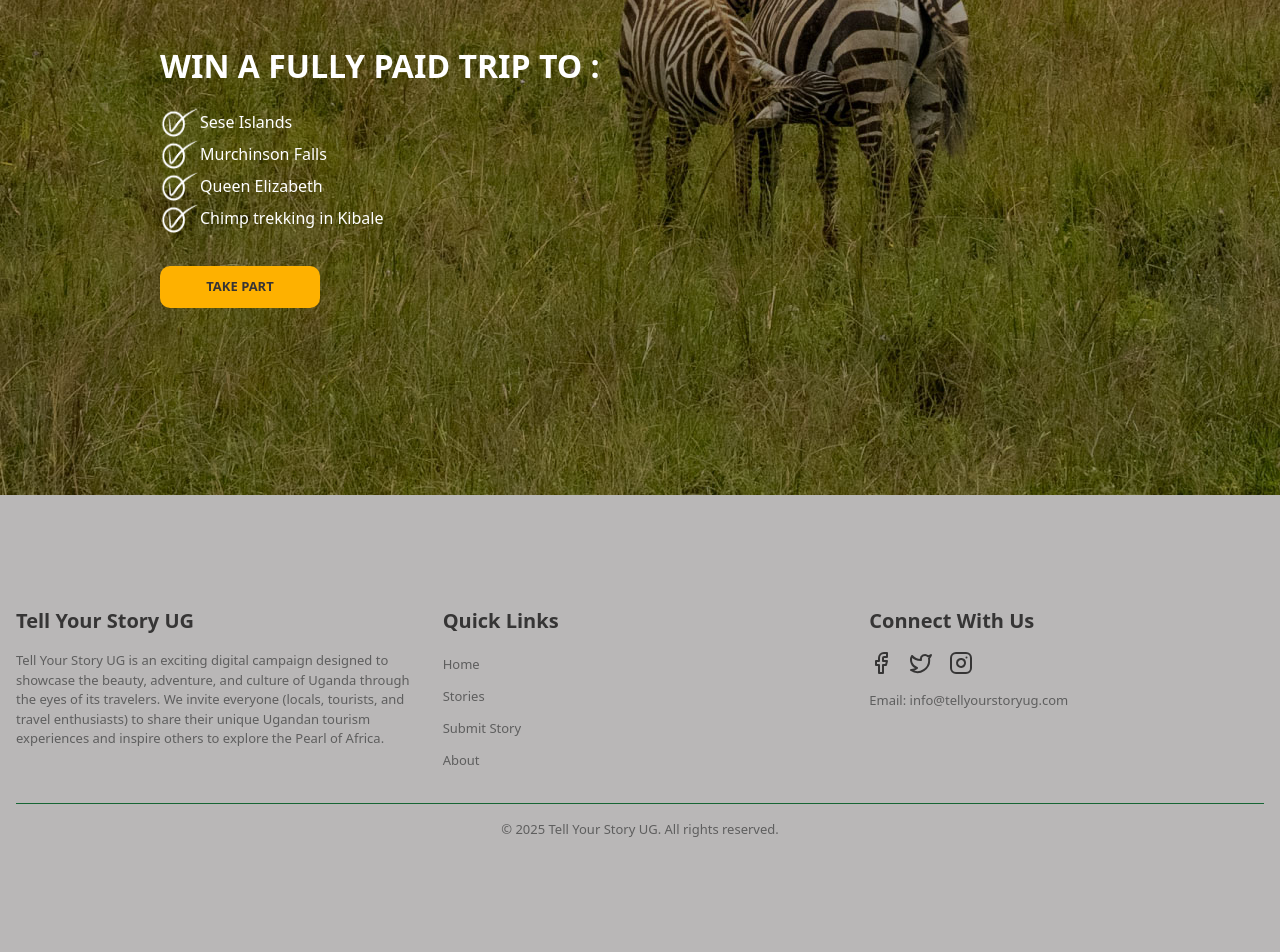
Repository: kaizoku010/take.part
Page: /
These files come from the project's save history. The page is drawn as it stood at one moment and after a run of saves; the edit follows.
The browser window is 1280 px wide. The pictures show the part of the page from y = 2796 to 3748 px (the page is 3748 px tall before and 3716 px after).
Backgrounds fixed to the window are drawn as part of the page. The project was rebuilt for these pictures with package versions that can differ from the ones it lists, and the page was loaded fresh each time. Also part of the build but not shown: vite.config.ts, src/components/ui/tooltip.tsx, src/pages/About.tsx, src/components/ui/input.tsx, src/pages/Stories.tsx, src/pages/StoryDetail.tsx, src/components/ui/use-toast.ts, src/components/ui/label.tsx and 4 more.

Above is the page before, as saved 2025-04-14 15:53:31.

### index.html

<!DOCTYPE html>
<html lang="en">
  <head>
    <meta charset="UTF-8" />
    <meta name="viewport" content="width=device-width, initial-scale=1.0" />
    <title>TAKE PART</title>
    <meta name="description" content="Share your Ugandan tourism experiences and inspire others to explore the Pearl of Africa" />
    <meta name="author" content="muneza dixon" />

    <meta property="og:title" content="Tell Your Story UG - Explore Uganda" />
    <meta property="og:description" content="Share your Ugandan tourism experiences and inspire others to explore the Pearl of Africa" />

    <!-- Meta Pixel Code -->
    <script>
    !function(f,b,e,v,n,t,s)
    {if(f.fbq)return;n=f.fbq=function(){n.callMethod?
    n.callMethod.apply(n,arguments):n.queue.push(arguments)};
    if(!f._fbq)f._fbq=n;n.push=n;n.loaded=!0;n.version='2.0';
    n.queue=[];t=b.createElement(e);t.async=!0;
    t.src=v;s=b.getElementsByTagName(e)[0];
    s.parentNode.insertBefore(t,s)}(window, document,'script',
    'https://connect.facebook.net/en_US/fbevents.js');
    fbq('init', '1846327909352916');
    fbq('track', 'PageView');
    </script>
    <!-- End Meta Pixel Code -->
  </head>

  <body>
    <div id="root"></div>
    <!-- Facebook Pixel noscript -->
    <noscript><img height="1" width="1" style="display:none"
    src="https://www.facebook.com/tr?id=1846327909352916&ev=PageView&noscript=1"
    /></noscript>
    <!-- IMPORTANT: DO NOT REMOVE THIS SCRIPT TAG OR THIS VERY COMMENT! -->
    <script src="https://cdn.gpteng.co/gptengineer.js" type="module"></script>
    <script type="module" src="/src/main.tsx"></script>
  </body>
</html>

### src/App.tsx

import { Toaster } from "@/components/ui/toaster";
import { Toaster as Sonner } from "@/components/ui/sonner";
import { TooltipProvider } from "@/components/ui/tooltip";
import { QueryClient, QueryClientProvider } from "@tanstack/react-query";
import { BrowserRouter, Routes, Route } from "react-router-dom";
import Home from "./pages/Home";
import About from "./pages/About";
import Stories from "./pages/Stories";
import StoryDetail from "./pages/StoryDetail";
import SubmitStory from "./pages/SubmitStory";
import NotFound from "./pages/NotFound";
import "./mdx.css";
import "./mobile.css"

const queryClient = new QueryClient();

const App = () => (
  <QueryClientProvider client={queryClient}>
    <TooltipProvider>
      <Toaster />
      <Sonner />
      <BrowserRouter>
        <Routes>
          <Route path="/" element={<Home />} />
          <Route path="/about" element={<About />} />
          <Route path="/stories" element={<Stories />} />
          <Route path="/stories/:id" element={<StoryDetail />} />
          <Route path="/submit-story" element={<SubmitStory />} />
          {/* ADD ALL CUSTOM ROUTES ABOVE THE CATCH-ALL "*" ROUTE */}
          <Route path="*" element={<NotFound />} />
        </Routes>
      </BrowserRouter>
    </TooltipProvider>
  </QueryClientProvider>
);

export default App;

### src/index.css
@tailwind base;
@tailwind components;
@tailwind utilities;

@layer base {
  :root {
    --background: 0 0% 100%;
    --foreground: 222.2 84% 4.9%;

    --card: 0 0% 100%;
    --card-foreground: 222.2 84% 4.9%;

    --popover: 0 0% 100%;
    --popover-foreground: 222.2 84% 4.9%;

    /* Main Orange/Gold */
    --primary: 41.81 100% 49.8%;
    --primary-foreground: 210 40% 98%;

    /* Rust Red */
    --secondary: 5.38 63.88% 44.51%;
    --secondary-foreground: 210 40% 98%;

    /* Change accent to Rust Red */
    --accent: 5.38 63.88% 44.51%;
    --accent-foreground: 210 40% 98%;

    --muted: 210 40% 96.1%;
    --muted-foreground: 215.4 16.3% 46.9%;

    --destructive: 0 84.2% 60.2%;
    --destructive-foreground: 210 40% 98%;

    --border: 214.3 31.8% 91.4%;
    --input: 214.3 31.8% 91.4%;
    --ring: 5.38 63.88% 44.51%;  /* Changed to Rust Red */

    --radius: 0.5rem;

    --sidebar-background: 0 0% 98%;

    --sidebar-foreground: 240 5.3% 26.1%;

    --sidebar-primary: 240 5.9% 10%;

    --sidebar-primary-foreground: 0 0% 98%;

    --sidebar-accent: 240 4.8% 95.9%;

    --sidebar-accent-foreground: 240 5.9% 10%;

    --sidebar-border: 220 13% 91%;

    --sidebar-ring: 217.2 91.2% 59.8%;
  }

  .dark {
    --background: 222.2 84% 4.9%;
    --foreground: 210 40% 98%;

    --card: 222.2 84% 4.9%;
    --card-foreground: 210 40% 98%;

    --popover: 222.2 84% 4.9%;
    --popover-foreground: 210 40% 98%;

    /* Main Orange/Gold */
    --primary: 41.81 100% 49.8%;
    --primary-foreground: 210 40% 98%;

    /* Rust Red */
    --secondary: 5.38 63.88% 44.51%;
    --secondary-foreground: 210 40% 98%;

    /* Change accent to Rust Red */
    --accent: 5.38 63.88% 44.51%;
    --accent-foreground: 210 40% 98%;

    --muted: 217.2 32.6% 17.5%;
    --muted-foreground: 215 20.2% 65.1%;

    --destructive: 0 62.8% 30.6%;
    --destructive-foreground: 210 40% 98%;

    --border: 217.2 32.6% 17.5%;
    --input: 217.2 32.6% 17.5%;
    --ring: 5.38 63.88% 44.51%;  /* Changed to Rust Red */
    --sidebar-background: 240 5.9% 10%;
    --sidebar-foreground: 240 4.8% 95.9%;
    --sidebar-primary: 224.3 76.3% 48%;
    --sidebar-primary-foreground: 0 0% 100%;
    --sidebar-accent: 240 3.7% 15.9%;
    --sidebar-accent-foreground: 240 4.8% 95.9%;
    --sidebar-border: 240 3.7% 15.9%;
    --sidebar-ring: 217.2 91.2% 59.8%;
  }
}

@layer base {
  * {
    @apply border-border;
  }

  body {
    @apply bg-background text-foreground;
  }
}

### src/components/ui/toaster.tsx
import { useToast } from "@/hooks/use-toast"
import {
  Toast,
  ToastClose,
  ToastDescription,
  ToastProvider,
  ToastTitle,
  ToastViewport,
} from "@/components/ui/toast"

export function Toaster() {
  const { toasts } = useToast()

  return (
    <ToastProvider>
      {toasts.map(function ({ id, title, description, action, ...props }) {
        return (
          <Toast key={id} {...props}>
            <div className="grid gap-1">
              {title && <ToastTitle>{title}</ToastTitle>}
              {description && (
                <ToastDescription>{description}</ToastDescription>
              )}
            </div>
            {action}
            <ToastClose />
          </Toast>
        )
      })}
      <ToastViewport />
    </ToastProvider>
  )
}

### src/components/ui/sonner.tsx
import { useTheme } from "next-themes"
import { Toaster as Sonner, toast } from "sonner"

type ToasterProps = React.ComponentProps<typeof Sonner>

const Toaster = ({ ...props }: ToasterProps) => {
  const { theme = "system" } = useTheme()

  return (
    <Sonner
      theme={theme as ToasterProps["theme"]}
      className="toaster group"
      toastOptions={{
        classNames: {
          toast:
            "group toast group-[.toaster]:bg-background group-[.toaster]:text-foreground group-[.toaster]:border-border group-[.toaster]:shadow-lg",
          description: "group-[.toast]:text-muted-foreground",
          actionButton:
            "group-[.toast]:bg-primary group-[.toast]:text-primary-foreground",
          cancelButton:
            "group-[.toast]:bg-muted group-[.toast]:text-muted-foreground",
        },
      }}
      {...props}
    />
  )
}

export { Toaster, toast }

### src/mdx.css
#hero-text{
    font-size: 1.2rem !important;
    line-height: unset !important;
}

#logo{
    width: 6rem !important;
}

#link{
    font-size: small !important;
    font-weight: 500;
color:rgba(0, 0, 0, 0.658) !important;
}


.bg-green-800{
    background-color: #ba3629 !important;
}

.bg-yellow-800{
    background-color: rgb(254, 177, 0) !important;
}


.bg-yellow-dx{
    background-color: rgb(254, 177, 0) !important;
}

.bg-green-900 {
    color: rgb(54, 53, 53) !important;
background-color: rgb(185, 183, 183) !important;
}


.text-green-800 {
    --tw-text-opacity: 1;
    color: rgb(43 49 45) !important;
}


.text-gray-hound{
    font-size: small;
    color: rgb(94, 94, 94) !important;
}


#carousel-section{
    padding-top: 5rem;
    padding-bottom: 5rem;
    background-color: #feb100 !important;
}

.bg-background {
    background-color: #212120 !important;
}

#prizes-section{
    height: 40rem !important;
    display: flex;
    padding-left: 10rem;
    background-position: bottom;
    background-attachment: fixed;
    width: 100%;
    background-image: url("../src/media/zebs.jpg");
}


.content-prizes{
display: flex;
/* background-color: red; */
width: 100%;
flex-direction: column;
justify-content: center;
}

.content-prizes-2{
display: flex;
background-color: transparent;
width: 100%;
flex-direction: column;
}

.win-title{

    font-weight: 800;
    font-size: 2rem;
    margin-bottom: 1rem;
    color: white;
}

.prize{
    display: flex;

    /* margin-bottom: 1rem; */
    font-weight: 200;
    /* font-size: 2rem; */
    align-items: center;
    color: white;
}

.prize img{
    width: 2.5rem;
    height: 2rem;
}


.take-part{
    background-color: #feb100;
    color: rgb(54, 52, 52);
    padding: 0.7rem;
    margin-top: 2rem;
    width: 10rem;
    font-weight: bold;
    font-size: small;
    border-radius: 10px;

}

.take-part:hover{
    color: white !important;
background-color: #ba3629 !important;
}


#vist-ug{
    background-color: #ba3629 !important;
}


#vist-ug:hover{
    background-color: transparent !important;
}


#footer{
    padding-top: 7rem;
    padding-bottom: 7rem;
}

### src/components/ui/button.tsx
import * as React from "react"
import { Slot } from "@radix-ui/react-slot"
import { cva, type VariantProps } from "class-variance-authority"

import { cn } from "@/lib/utils"

const buttonVariants = cva(
  "inline-flex items-center justify-center gap-2 whitespace-nowrap rounded-md text-sm font-medium ring-offset-background transition-colors focus-visible:outline-none focus-visible:ring-2 focus-visible:ring-ring focus-visible:ring-offset-2 disabled:pointer-events-none disabled:opacity-50 [&_svg]:pointer-events-none [&_svg]:size-4 [&_svg]:shrink-0",
  {
    variants: {
      variant: {
        default: "bg-primary text-primary-foreground hover:bg-primary/90",
        destructive:
          "bg-destructive text-destructive-foreground hover:bg-destructive/90",
        outline:
          "border border-input bg-background hover:bg-accent hover:text-accent-foreground",
        secondary:
          "bg-secondary text-secondary-foreground hover:bg-secondary/80",
        ghost: "hover:bg-accent hover:text-accent-foreground",
        link: "text-primary underline-offset-4 hover:underline",
      },
      size: {
        default: "h-10 px-4 py-2",
        sm: "h-9 rounded-md px-3",
        lg: "h-11 rounded-md px-8",
        icon: "h-10 w-10",
      },
    },
    defaultVariants: {
      variant: "default",
      size: "default",
    },
  }
)

export interface ButtonProps
  extends React.ButtonHTMLAttributes<HTMLButtonElement>,
    VariantProps<typeof buttonVariants> {
  asChild?: boolean
}

const Button = React.forwardRef<HTMLButtonElement, ButtonProps>(
  ({ className, variant, size, asChild = false, ...props }, ref) => {
    const Comp = asChild ? Slot : "button"
    return (
      <Comp
        className={cn(buttonVariants({ variant, size, className }))}
        ref={ref}
        {...props}
      />
    )
  }
)
Button.displayName = "Button"

export { Button, buttonVariants }

### src/components/ui/card.tsx
import * as React from "react"

import { cn } from "@/lib/utils"

const Card = React.forwardRef<
  HTMLDivElement,
  React.HTMLAttributes<HTMLDivElement>
>(({ className, ...props }, ref) => (
  <div
    ref={ref}
    className={cn(
      "rounded-lg border bg-card text-card-foreground shadow-sm",
      className
    )}
    {...props}
  />
))
Card.displayName = "Card"

const CardHeader = React.forwardRef<
  HTMLDivElement,
  React.HTMLAttributes<HTMLDivElement>
>(({ className, ...props }, ref) => (
  <div
    ref={ref}
    className={cn("flex flex-col space-y-1.5 p-6", className)}
    {...props}
  />
))
CardHeader.displayName = "CardHeader"

const CardTitle = React.forwardRef<
  HTMLParagraphElement,
  React.HTMLAttributes<HTMLHeadingElement>
>(({ className, ...props }, ref) => (
  <h3
    ref={ref}
    className={cn(
      "text-2xl font-semibold leading-none tracking-tight",
      className
    )}
    {...props}
  />
))
CardTitle.displayName = "CardTitle"

const CardDescription = React.forwardRef<
  HTMLParagraphElement,
  React.HTMLAttributes<HTMLParagraphElement>
>(({ className, ...props }, ref) => (
  <p
    ref={ref}
    className={cn("text-sm text-muted-foreground", className)}
    {...props}
  />
))
CardDescription.displayName = "CardDescription"

const CardContent = React.forwardRef<
  HTMLDivElement,
  React.HTMLAttributes<HTMLDivElement>
>(({ className, ...props }, ref) => (
  <div ref={ref} className={cn("p-6 pt-0", className)} {...props} />
))
CardContent.displayName = "CardContent"

const CardFooter = React.forwardRef<
  HTMLDivElement,
  React.HTMLAttributes<HTMLDivElement>
>(({ className, ...props }, ref) => (
  <div
    ref={ref}
    className={cn("flex items-center p-6 pt-0", className)}
    {...props}
  />
))
CardFooter.displayName = "CardFooter"

export { Card, CardHeader, CardFooter, CardTitle, CardDescription, CardContent }

### src/components/layout/Layout.tsx

import { ReactNode } from "react";
import Header from "./Header";
import Footer from "./Footer";

interface LayoutProps {
  children: ReactNode;
}

const Layout = ({ children }: LayoutProps) => {
  return (
    <div className="flex flex-col min-h-screen">
      <Header />
      <main className="flex-grow">
        {children}
      </main>
      <Footer />
    </div>
  );
};

export default Layout;

### src/components/layout/Header.tsx

import { useState } from "react";
import { Menu, X } from "lucide-react";
import { Link } from "react-router-dom";
import Logo from "../../media/logo.png";

const Header = () => {
  const [isMenuOpen, setIsMenuOpen] = useState(false);

  const toggleMenu = () => {
    setIsMenuOpen(!isMenuOpen);
  };

  return (
    <header className="text-white shadow-md">
      <div className="container mx-auto px-4">
        <div className="flex justify-between items-center">
          <Link to="/" className="text-2xl font-bold flex items-center gap-2">
            <img id="logo" src={Logo} alt="Logo" />
            {/* <span className="text-white">Tell Your Story</span> */}
          </Link>

          {/* Desktop Navigation */}
          <nav className="hidden md:flex space-x-8">
            <Link to="/" id="link" className="hover:text-yellow-400 transition-colors">Home</Link>
            <Link to="/stories" id="link" className="hover:text-yellow-400 transition-colors">Stories</Link>
            <Link to="/submit-story" id="link" className="hover:text-yellow-400 transition-colors">Submit Story</Link>
            <Link to="/about" id="link" className="hover:text-yellow-400 transition-colors">About</Link>
          </nav>

          {/* Mobile Menu Button */}
          <button
            onClick={toggleMenu}
            className="md:hidden text-white focus:outline-none"
          >
            {isMenuOpen ? <X size={24} /> : <Menu size={24} />}
          </button>
        </div>

        {/* Mobile Navigation */}
        {isMenuOpen && (
          <nav className="md:hidden pt-4 pb-2">
            <div className="flex flex-col space-y-3">
              <Link
                to="/"
                id="link"
                className="hover:text-yellow-400 transition-colors py-2"
                onClick={() => setIsMenuOpen(false)}
              >
                Home
              </Link>
              <Link
                to="/stories"
                id="link"
                className="hover:text-yellow-400 transition-colors py-2"
                onClick={() => setIsMenuOpen(false)}
              >
                Stories
              </Link>
              <Link
                to="/submit-story"
                id="link"
                className="hover:text-yellow-400 transition-colors py-2"
                onClick={() => setIsMenuOpen(false)}
              >
                Submit Story
              </Link>
              <Link
                to="/about"
                id="link"
                className="hover:text-yellow-400 transition-colors py-2"
                onClick={() => setIsMenuOpen(false)}
              >
                About
              </Link>
            </div>
          </nav>
        )}
      </div>
    </header>
  );
};

export default Header;

### src/components/layout/Footer.tsx

import { Facebook, Instagram, Twitter } from "lucide-react";
import { Link } from "react-router-dom";

const Footer = () => {
  return (
    <footer id="footer" className="bg-green-900 text-white py-10">
      <div className="container mx-auto px-4">
        <div className="grid grid-cols-1 md:grid-cols-3 gap-8">
          <div>
            <h3 className="text-xl font-bold mb-4">Tell Your Story UG</h3>
            <p className="text-gray-300 text-gray-hound">
            Tell Your Story UG is an exciting digital campaign designed to showcase the beauty, adventure, and culture of Uganda through the eyes of its travelers. We invite everyone (locals, tourists, and travel enthusiasts) to share their unique Ugandan tourism experiences and inspire others to explore the Pearl of Africa.
                        </p>
          </div>

          <div>
            <h3 className="text-xl font-bold mb-4">Quick Links</h3>
            <ul className="space-y-2">
              <li><Link to="/" className="text-gray-hound text-gray-300 hover:text-yellow-400 transition-colors">Home</Link></li>
              <li><Link to="/stories" className="text-gray-hound text-gray-300 hover:text-yellow-400 transition-colors">Stories</Link></li>
              <li><Link to="/submit-story" className="text-gray-hound text-gray-300 hover:text-yellow-400 transition-colors">Submit Story</Link></li>
              <li><Link to="/about" className="text-gray-hound text-gray-300 hover:text-yellow-400 transition-colors">About</Link></li>
            </ul>
          </div>

          <div>
            <h3 className="text-xl font-bold mb-4">Connect With Us</h3>
            <div className="flex space-x-4">
              <a href="https://facebook.com" target="_blank" rel="noopener noreferrer" className="hover:text-yellow-400 transition-colors">
                <Facebook size={24} />
              </a>
              <a href="https://twitter.com" target="_blank" rel="noopener noreferrer" className="hover:text-yellow-400 transition-colors">
                <Twitter size={24} />
              </a>
              <a href="https://instagram.com" target="_blank" rel="noopener noreferrer" className="hover:text-yellow-400 transition-colors">
                <Instagram size={24} />
              </a>
            </div>
            <p className="mt-4 text-gray-300 text-gray-hound">
              Email: <a href="mailto:info@tellyourstoryug.com" className="text-gray-hound hover:text-yellow-400 transition-colors">info@tellyourstoryug.com</a>
            </p>
          </div>
        </div>

        <div className="mt-8 pt-4 border-t border-green-800 text-center text-gray-300 text-gray-hound">
          <p>&copy; {new Date().getFullYear()} Tell Your Story UG. All rights reserved.</p>
        </div>
      </div>
    </footer>
  );
};

export default Footer;

### tailwind.config.ts
import type { Config } from "tailwindcss";

export default {
	darkMode: ["class"],
	content: [
		"./pages/**/*.{ts,tsx}",
		"./components/**/*.{ts,tsx}",
		"./app/**/*.{ts,tsx}",
		"./src/**/*.{ts,tsx}",
	],
	prefix: "",
	theme: {
		container: {
			center: true,
			padding: '2rem',
			screens: {
				'2xl': '1400px'
			}
		},
		extend: {
			colors: {
				main: 'hsl(41.81, 100%, 49.8%)',    // Orange/Gold
				accent: 'hsl(5.38, 63.88%, 44.51%)', // Rust Red
				border: 'hsl(var(--border))',
				input: 'hsl(var(--input))',
				ring: 'hsl(var(--ring))',
				background: 'hsl(var(--background))',
				foreground: 'hsl(var(--foreground))',
				primary: {
					DEFAULT: 'hsl(var(--primary))',
					foreground: 'hsl(var(--primary-foreground))'
				},
				secondary: {
					DEFAULT: 'hsl(var(--secondary))',
					foreground: 'hsl(var(--secondary-foreground))'
				},
				destructive: {
					DEFAULT: 'hsl(var(--destructive))',
					foreground: 'hsl(var(--destructive-foreground))'
				},
				muted: {
					DEFAULT: 'hsl(var(--muted))',
					foreground: 'hsl(var(--muted-foreground))'
				},
				// accent: {
				// 	DEFAULT: 'hsl(var(--accent))',
				// 	foreground: 'hsl(var(--accent-foreground))'
				// },
				popover: {
					DEFAULT: 'hsl(var(--popover))',
					foreground: 'hsl(var(--popover-foreground))'
				},
				card: {
					DEFAULT: 'hsl(var(--card))',
					foreground: 'hsl(var(--card-foreground))'
				},
				sidebar: {
					DEFAULT: 'hsl(var(--sidebar-background))',
					foreground: 'hsl(var(--sidebar-foreground))',
					primary: 'hsl(var(--sidebar-primary))',
					'primary-foreground': 'hsl(var(--sidebar-primary-foreground))',
					accent: 'hsl(var(--sidebar-accent))',
					'accent-foreground': 'hsl(var(--sidebar-accent-foreground))',
					border: 'hsl(var(--sidebar-border))',
					ring: 'hsl(var(--sidebar-ring))'
				}
			},
			borderRadius: {
				lg: 'var(--radius)',
				md: 'calc(var(--radius) - 2px)',
				sm: 'calc(var(--radius) - 4px)'
			},
			keyframes: {
				'accordion-down': {
					from: {
						height: '0'
					},
					to: {
						height: 'var(--radix-accordion-content-height)'
					}
				},
				'accordion-up': {
					from: {
						height: 'var(--radix-accordion-content-height)'
					},
					to: {
						height: '0'
					}
				}
			},
			animation: {
				'accordion-down': 'accordion-down 0.2s ease-out',
				'accordion-up': 'accordion-up 0.2s ease-out'
			}
		}
	},
	plugins: [require("tailwindcss-animate")],
} satisfies Config;

Loaded but not shown: src/main.tsx (common file); src/hooks/use-toast.ts (common file); src/lib/utils.ts (common file); src/pages/Home.tsx (282 lines, source omitted); src/components/ui/carousel.tsx (260 lines, source omitted); src/components/ui/toast.tsx (127 lines, source omitted); src/mobile.css (no copy from this time; the picture is the same without it)

After the next 2 saves:
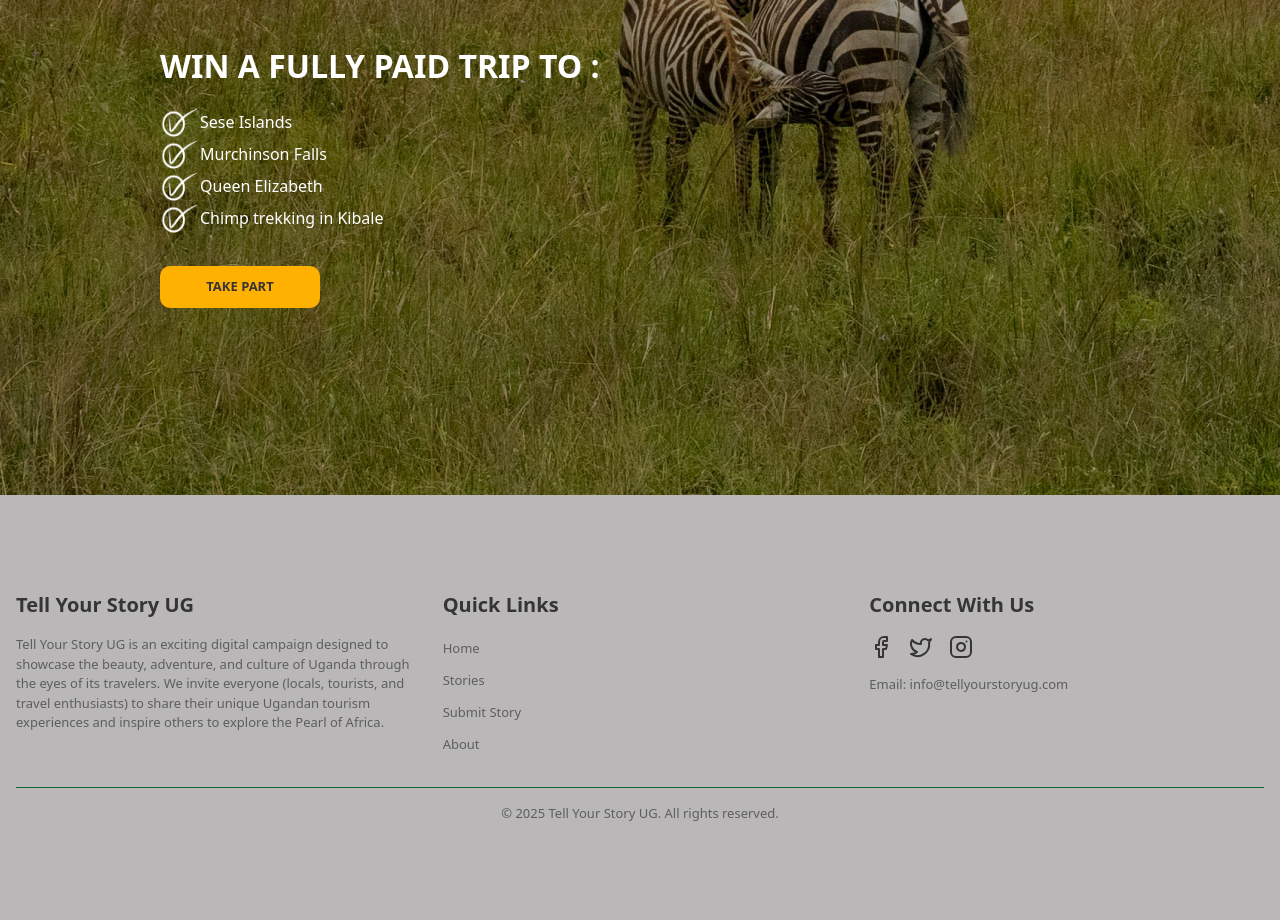
The 2 saves are shown as one change because they came seconds apart.
The last was saved 16 s later.
--- a/src/mdx.css
+++ b/src/mdx.css
@@ -134,6 +134,6 @@ background-color: #ba3629 !important;
 
 
 #footer{
-    padding-top: 7rem;
-    padding-bottom: 7rem;
+    padding-top: 6rem;
+    padding-bottom: 6rem;
 }
